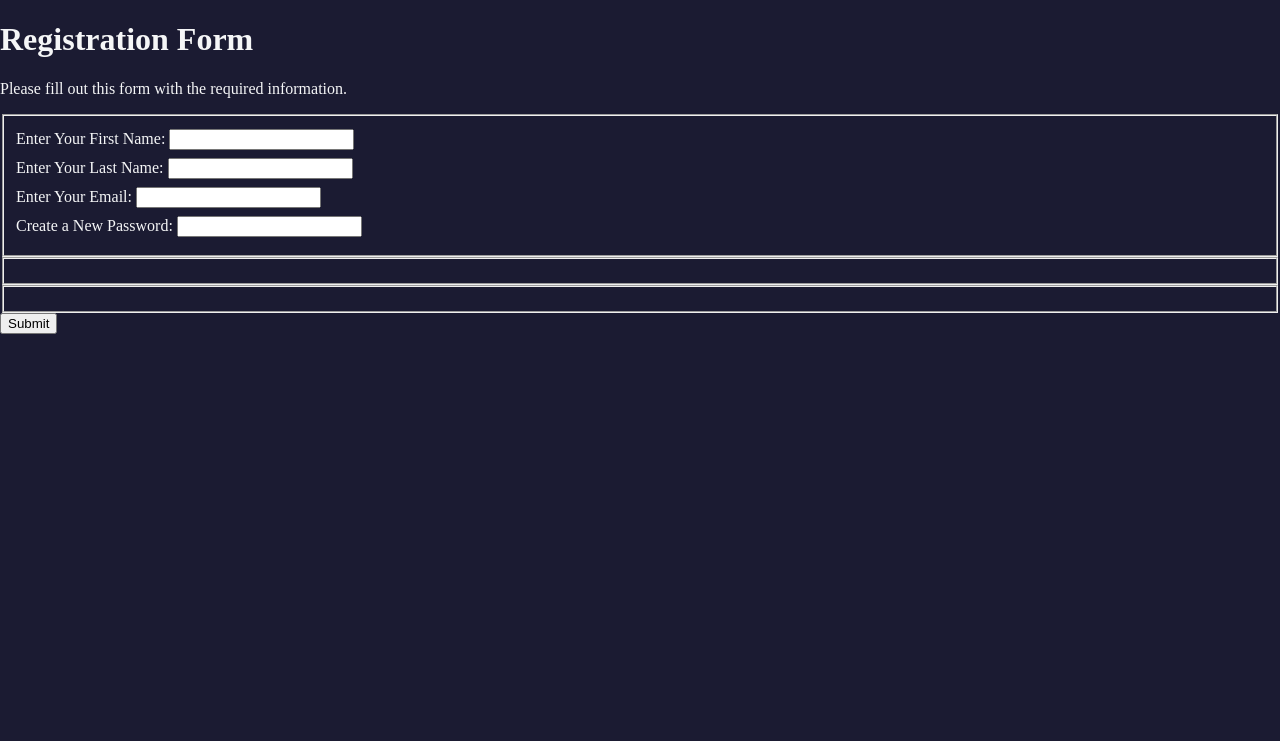
Repository: Lungdjos/registration_form
Page: index.html
These files come from the project's save history. The page is drawn as it stood at one moment and after a run of saves; the edit follows.
The browser window is 1280 px wide. The pictures show the whole page.

Above is the page before, as saved 2023-09-28 15:07:05.

After the next 4 saves:
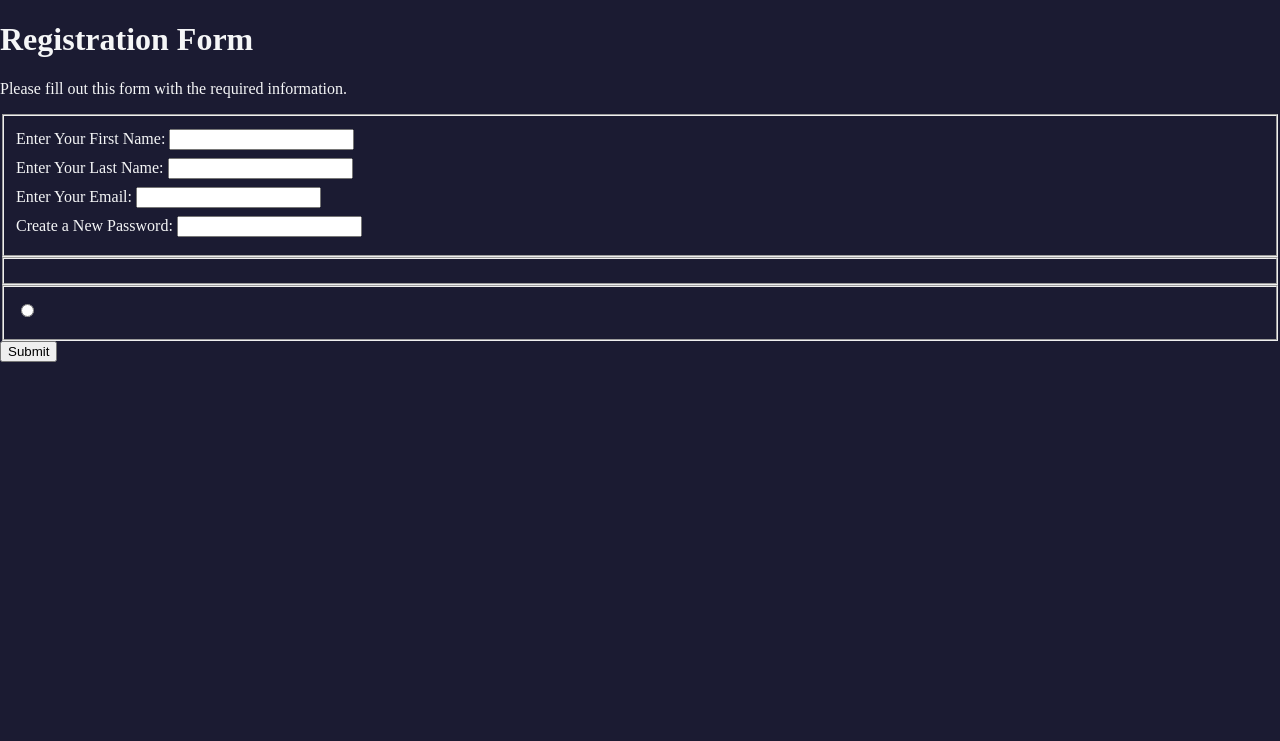
The 4 saves are shown as one change because they came seconds apart.
The last was saved 2 min 35 s later.
--- a/index.html
+++ b/index.html
@@ -24,7 +24,7 @@
             <label for=""></label>
         </fieldset>
         <fieldset>
-            <label for=""></label>
+            <label for=""> <input type="radio" name="" id=""> </label>
             <label for=""></label>
             <label for=""></label>
         </fieldset>
